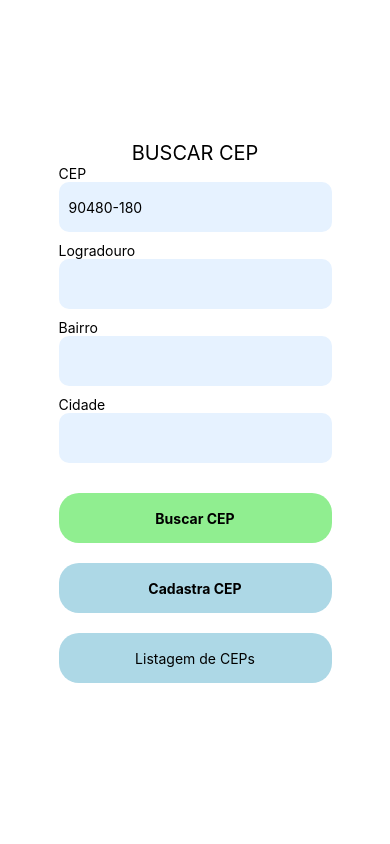
Repository: GustavoMSevero/registerCep
Screen: /
The author's editor kept a copy of each file at every save. The screen is drawn from the files as they stood at one save, then again after the next save.
The app was drawn by React Native's web renderer in a window 390 px wide. The project was rebuilt for these pictures with package versions that can differ from the ones it lists, and the page was loaded fresh each time.

Above is the screen before, as saved 2024-09-19 16:49:33.

### App.js
import { StatusBar } from 'expo-status-bar';
import { useState } from 'react';
import { StyleSheet, Text, View, TextInput, TouchableOpacity } from 'react-native';
import api from './service/api';

export default function App() {

  const [cep, setCep] = useState(null)
  const [logradouro, setLogradouro] = useState(null)
  const [bairro, setBairro] = useState(null)
  const [localidade, setLocalidade] = useState(null)
  const [uf, setUF] = useState(null)

  async function getCep() {
    let response = await fetch(`https://viacep.com.br/ws/${cep}/json/`);
    let body = await response.json();

    setLogradouro(body.logradouro);
    setBairro(body.bairro);
    setLocalidade(body.localidade);
    setUF(body.uf);
  }

  async function registerCep() {
    const cepData = {
      cep: cep,
      logradouro: logradouro,
      bairro: bairro,
      localidade: localidade,
      uf: uf,
    };

    const result = await api.post('/api.php', {
      ...cepData,
      option: 'register cep',
    })
    .then(result => {
      // console.log(result.data);
      if(result.data.status == 1) {
        alert(result.data.msg)
      } else if(result.data.status == 2) {
        alert(result.data.msg)
      }
      setLogradouro(null);
      setBairro(null);
      setLocalidade(null);
      setUF(null);
    })
    .catch(error => {
      // Handle error
      console.error(error);
    });

  }

  return (
    <View style={styles.container}>
      <Text style={styles.title}>BUSCAR CEP</Text>
      <View style={styles.viewInput}>
        <Text>CEP</Text>
        <TextInput
          style={styles.input}
          keyboardType='number'
          placeholder='90480-180'
          onChangeText={(number) => setCep(number)}
          value={cep}
        />
      </View>
      <View style={styles.viewInput}>
        <Text>Logradouro</Text>
        <TextInput
          readOnly
          style={styles.input}
          value={logradouro}
        />
      </View>
      <View style={styles.viewInput}>
        <Text>Bairro</Text>
        <TextInput
          readOnly
          style={styles.input}
          value={bairro}
        />
      </View>
      <View style={styles.viewInput}>
        <Text>Cidade</Text>
        <TextInput
          readOnly
          style={styles.input}
          value={localidade}
        />
      </View>
        <TouchableOpacity
          style={styles.button}
          onPress={getCep}
        >
          <Text style={styles.textButton}>Buscar CEP</Text>
        </TouchableOpacity>
        <TouchableOpacity
          style={styles.buttonCadastra}
          onPress={registerCep}
        >
          <Text style={styles.textButtonCadastra}>Cadastra CEP</Text>
        </TouchableOpacity>
        <TouchableOpacity
          style={styles.buttonCadastra}
          onPress={registerCep}
        >
          <Text style={styles.textButtonListagem}>Listagem de CEPs</Text>
        </TouchableOpacity>
      <StatusBar style="auto" />
    </View>
  );
}

const styles = StyleSheet.create({
  title: {
    fontSize: 20,
  },
  container: {
    flex: 1,
    backgroundColor: '#fff',
    alignItems: 'center',
    justifyContent: 'center',
  },
  viewInput: {
    width: "70%",
  },
  input: {
    backgroundColor: "#e6f2ff",
    width: "100%",
    height: 50,
    marginBottom: 10,
    borderRadius: 10,
    paddingLeft: 10,
  },
  button: {
    marginTop: 20,
    marginBottom: 20,
    backgroundColor: "lightgreen",
    width: "70%",
    alignItems: "center",
    justifyContent: "center",
    height: 50,
    borderRadius: 20,
  },
  textButton: {
    fontWeight: "bold",
  },
  buttonCadastra: {
    backgroundColor: "lightblue",
    width: "70%",
    alignItems: "center",
    justifyContent: "center",
    height: 50,
    borderRadius: 20,
    marginBottom: 20,
  },
  textButtonCadastra: {
    fontWeight: "bold",
  },
  textButtonListagem: {

  }
});

### service/api.js
import axios from "axios";

const api = axios.create({
    baseURL: 'http://192.168.0.226:8888/web/apiCep',
    timeout: 10000, // 10 seconds
});

export default api;

After the next save:
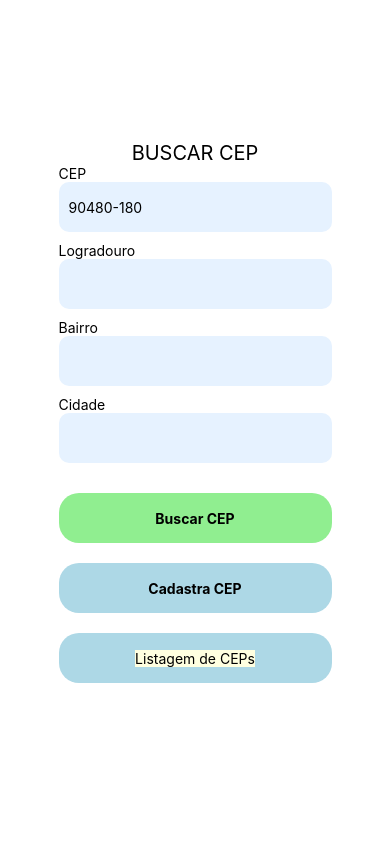
Saved 26 s later.
--- a/App.js
+++ b/App.js
@@ -160,6 +160,6 @@ const styles = StyleSheet.create({
     fontWeight: "bold",
   },
   textButtonListagem: {
-
+    backgroundColor: "lightyellow"
   }
 });
